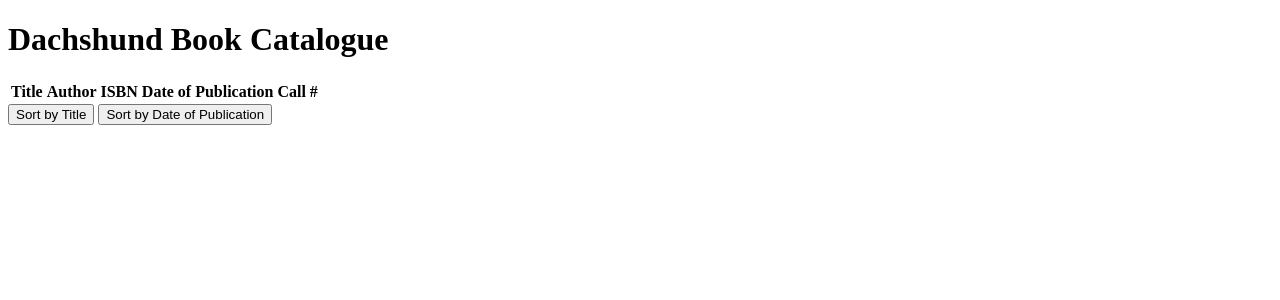
Repository: avega15/Library-Database
Page: http://localhost/main
These files come from the project's save history. The page is drawn as it stood at one moment and after the next save; the edit follows.
The browser window is 1280 px wide. The pictures show the whole page.
The page is this project's Thymeleaf template; nobody is signed in. The template is opened directly, without the code that normally fills it, so the values that code supplies are empty.

Above is the page before, as saved 2021-04-20 03:42:22.

### demo/src/main/resources/templates/main.html
<!DOCTYPE HTML>
<html xmlns:th="http://www.thymeleaf.org">
<head>
<title>Dachshund Book Catalogue</title>
<meta http-equiv="Content-Type" content="text/html; charset=UTF-8" />
</head>
<body>
	<h1>Dachshund Book Catalogue</h1>
	<table>
		<tr>
			<th onclick="window.location.href='titleSort';">Title</th>
			<th>Author</th>
			<th>ISBN</th>
			<th onclick="window.location.href='dateSort';">Date of
				Publication</th>
			<th>Call #</th>
		</tr>
		<tr th:each="bib: ${bibs}">
			<td th:text="${bib.get(0)}"></td>
			<td th:text="${bib.get(1)}"></td>
			<td th:text="${bib.get(2)}"></td>
			<td th:text="${bib.get(3)}"></td>
			<td th:text="${bib.get(4)}"></td>
		</tr>
	</table>
	<button onclick="window.location.href='titleSort'">Sort by
		Title</button>
	<button onclick="window.location.href='dateSort'">Sort by Date
		of Publication</button>
</body>
</html>

After the next save:
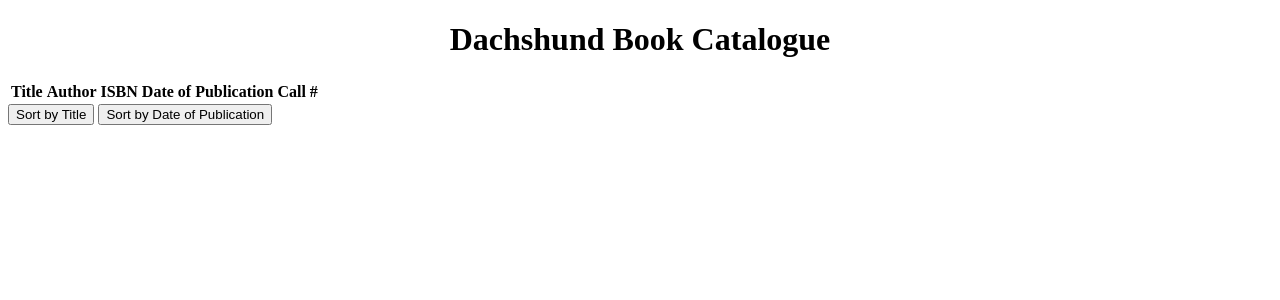
Saved 88 s later.
--- a/demo/src/main/resources/templates/main.html
+++ b/demo/src/main/resources/templates/main.html
@@ -5,7 +5,7 @@
 <meta http-equiv="Content-Type" content="text/html; charset=UTF-8" />
 </head>
 <body>
-	<h1>Dachshund Book Catalogue</h1>
+	<h1 style="text-align:center">Dachshund Book Catalogue</h1>
 	<table>
 		<tr>
 			<th onclick="window.location.href='titleSort';">Title</th>
